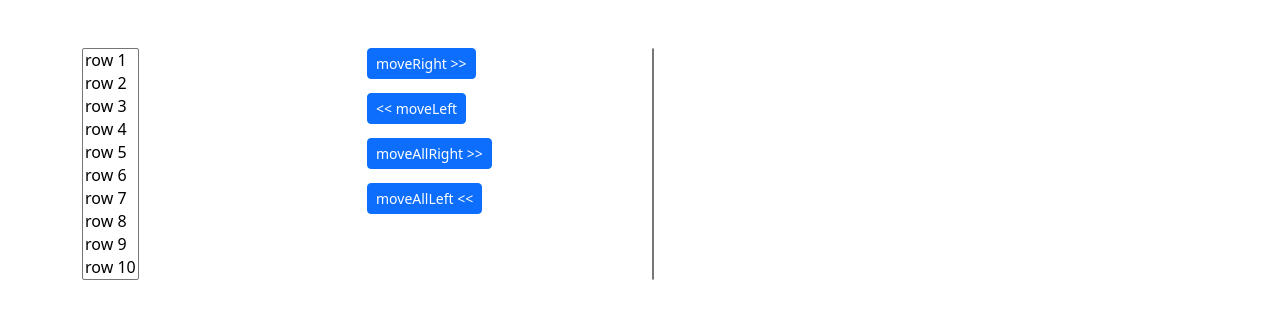
Repository: ishanbassi/iotasol-assignments
Page: /iotasol/work-10
These files come from the project's save history. The page is drawn as it stood at one moment and after the next save; the edit follows.
The browser window is 1280 px wide. The pictures show the whole page.
The project was rebuilt for these pictures with package versions that can differ from the ones it lists, and the page was loaded fresh each time. Some packages were replaced by stand-ins written for this rebuild. The framework's server and built-in components were replaced by stand-ins that run in the browser.

Above is the page before, as saved 2022-11-11 16:59:40.

### pages/_app.tsx
import "../styles/global.css"
import 'bootstrap/dist/css/bootstrap.min.css';
export default function App({Component,ComponentProps}){
    return(
        <Component {...ComponentProps}/>
    )
}

### pages/iotasol/work-10.tsx
import { useState } from "react"
import { Container,Row,Col, Button } from "react-bootstrap"
export default function App() {
    const [select1Values, setSelect1Values] = useState([
        'row 1','row 2','row 3','row 4','row 5','row 6','row 7','row 8','row 9','row 10'
    ])
    const moveLeft = () => {

    }
    const moveRight = () => {

    }
    const moveAllLeft = () => {

    }
    const moveAllRight = () => {

    }
    const [select2Values,setSelect2Values] = useState([])
    return (
        <Container>
            <Row className="mt-5">
                <Col md="3">

                    <select name="select1" id="select1" multiple size={10}>
                        {
                            select1Values.map(val => {
                                return <option value={val}>{val}</option>
                            })
                        }
                    </select>
                </Col>
                <Col md="3">
                        <Button size="sm" onClick={moveRight} className="btn-10">moveRight &gt;&gt;</Button>
                        <Button size="sm" onClick={moveLeft} className="btn-10">&lt;&lt; moveLeft</Button>
                        <Button size="sm" onClick={moveAllRight} className="btn-10">moveAllRight &gt;&gt;</Button>
                        <Button size="sm" onClick={moveAllLeft} className="btn-10">moveAllLeft &lt;&lt;</Button>
                </Col>
                <Col md="3">

                    <select name="select2" id="select2" multiple size={10}>
                        {
                            select2Values.map(val => {
                                return <option value={val}>{val}</option>
                            })
                        }
                    </select>
                </Col>
            </Row>
            <style jsx>{`

                        button{

                            margin-bottom:1em !important;
                        }
                `}

            </style>
        </Container>
    )
}

### styles/global.css
ol{
    list-style-position: inside;
}
button{
    margin-right: 2em !important;
}
.btn-10{
    margin-bottom:2em;
}

After the next save:
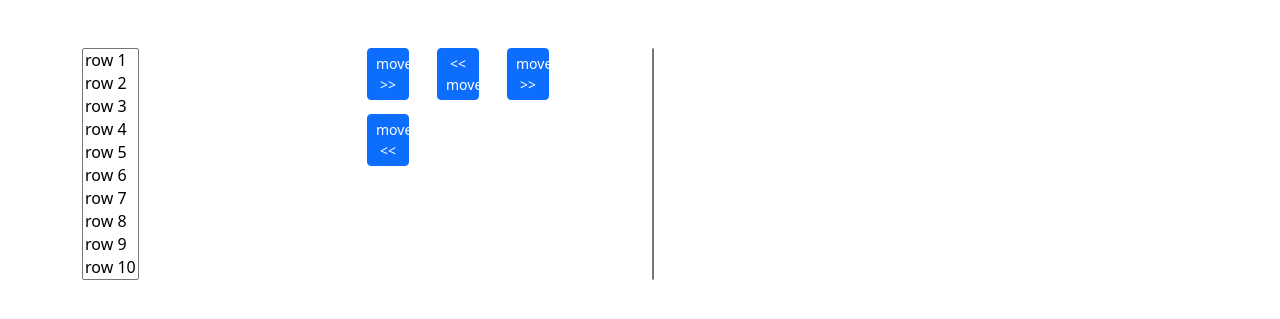
Saved 24 s later.
--- a/styles/global.css
+++ b/styles/global.css
@@ -6,4 +6,5 @@
 }
 .btn-10{
     margin-bottom:2em;
+    width:3em;
 }

After the save that followed:
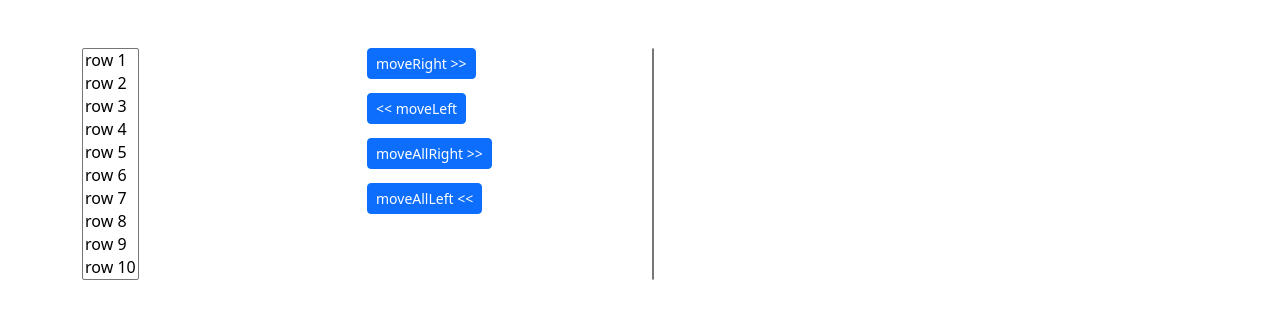
Saved 11 s later.
--- a/styles/global.css
+++ b/styles/global.css
@@ -6,5 +6,5 @@
 }
 .btn-10{
     margin-bottom:2em;
-    width:3em;
+
 }
